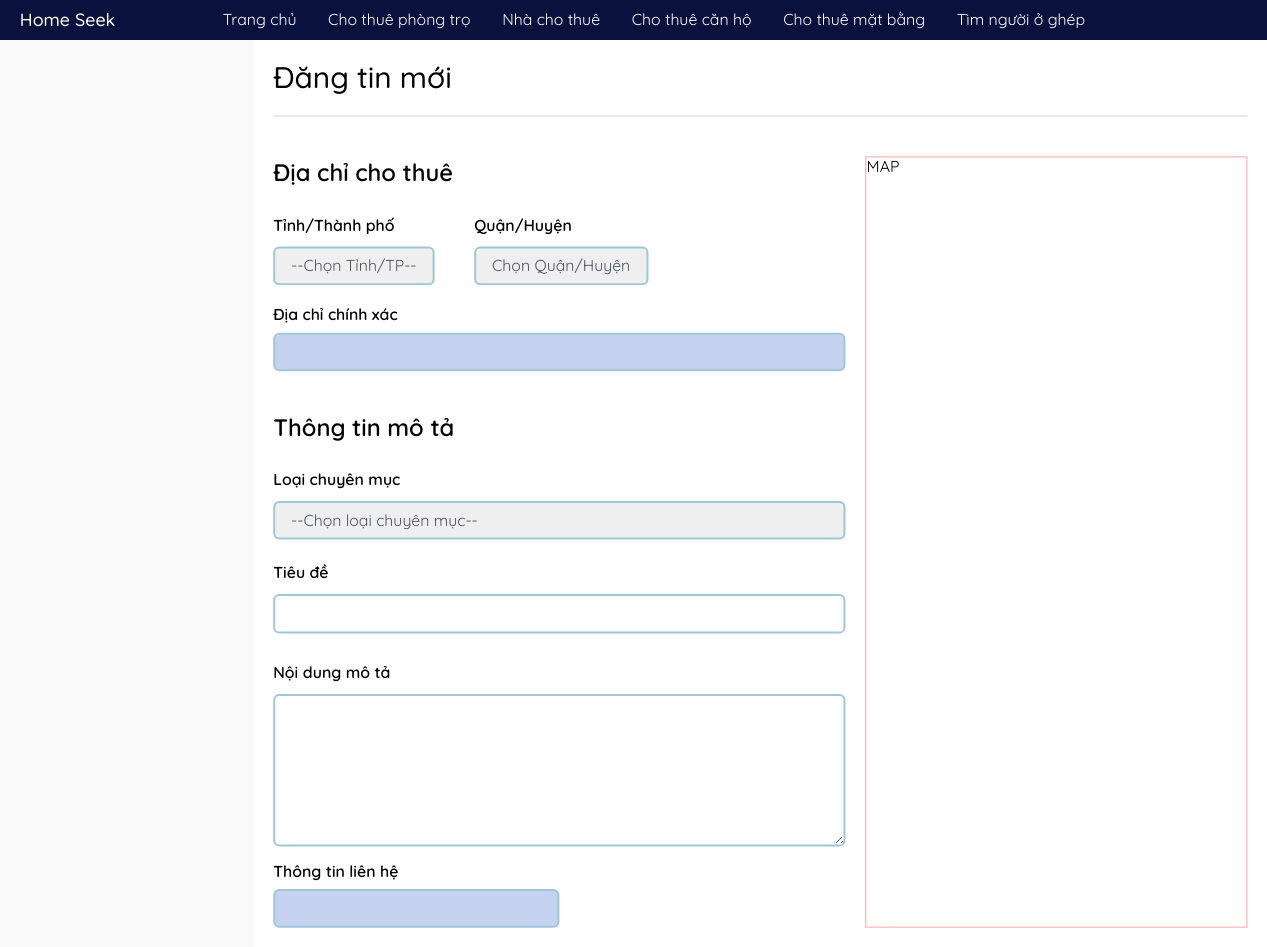
Repository: ajincome26/homeseek
Page: /create (app in client/)
An editor plug-in stored every save of this project. The page is shown before and after the next save, followed by the edit.
The browser window is 1280 px wide. The pictures show the whole page, at 99% of full size.
The page's requests for data from a server got no answer. The project was rebuilt for these pictures with package versions that can differ from the ones it lists, and the page was loaded fresh each time. Some packages were replaced by stand-ins written for this rebuild. No one was signed in, and anything a server would have sent is missing. Also part of the build but not shown: client/vite.config.ts, client/src/components/Footer/Footer.tsx, client/src/components/Button/Button.tsx, client/src/components/Button/index.ts, client/src/utils/utils.tsx, client/src/components/MainHeader/components/User.tsx, client/src/components/Popover/Popover.tsx, client/src/components/Popover/index.ts and 15 more.

Above is the page before, as saved 2024-01-10 05:36:11.

After the next save:
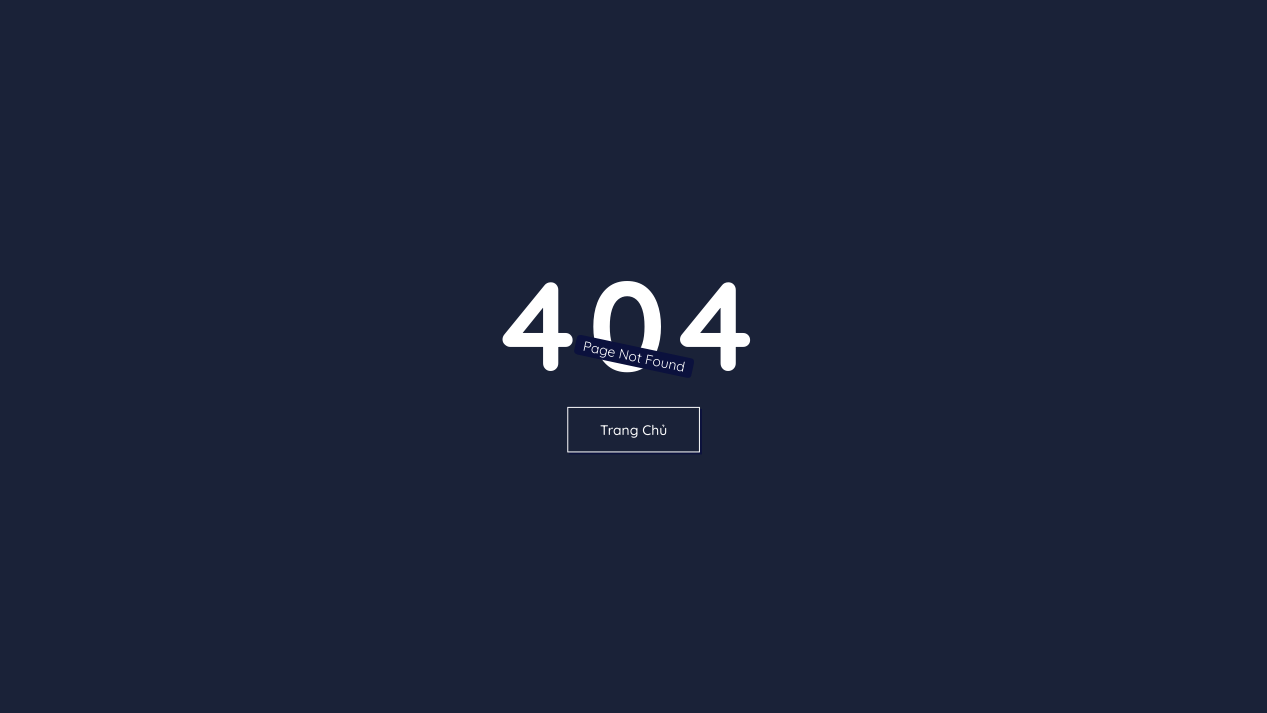
Console error: ReferenceError: title is not defined
Saved 23 s later.
--- a/client/src/components/Input/InputReadOnly.tsx
+++ b/client/src/components/Input/InputReadOnly.tsx
@@ -1,16 +1,12 @@
 import { InputHTMLAttributes } from 'react'
 
 export interface InputProps extends InputHTMLAttributes<HTMLInputElement> {
-  title: string
   data: string
 }
 
-const InputReadOnly = ({ title, data }: InputProps) => {
+const InputReadOnly = ({ data }: InputProps) => {
   return (
     <div className='w-full'>
-      <label className='font-semibold' htmlFor={title}>
-        {title}
-      </label>
       <input type='text' id={title} value={data || ''} className='mt-2 cr-input-text bg-[#c5d3f1]' readOnly />
     </div>
   )

After the save that followed:
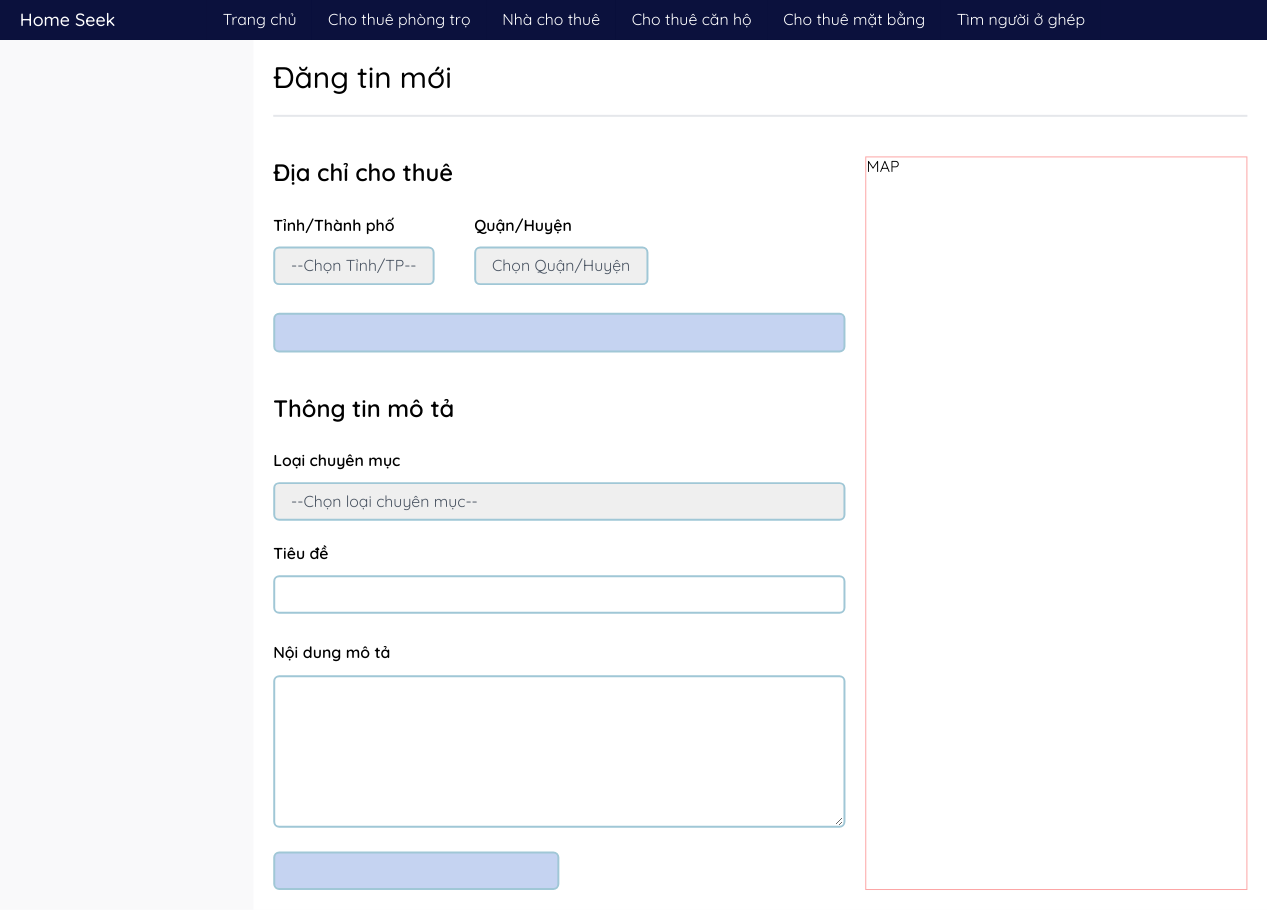
The error is gone.
Saved 32 s later.
--- a/client/src/components/Input/InputReadOnly.tsx
+++ b/client/src/components/Input/InputReadOnly.tsx
@@ -1,13 +1,14 @@
 import { InputHTMLAttributes } from 'react'
 
 export interface InputProps extends InputHTMLAttributes<HTMLInputElement> {
+  id: string
   data: string
 }
 
-const InputReadOnly = ({ data }: InputProps) => {
+const InputReadOnly = ({ id, data }: InputProps) => {
   return (
     <div className='w-full'>
-      <input type='text' id={title} value={data || ''} className='mt-2 cr-input-text bg-[#c5d3f1]' readOnly />
+      <input type='text' id={id} value={data || ''} className='mt-2 cr-input-text bg-[#c5d3f1]' readOnly />
     </div>
   )
 }
